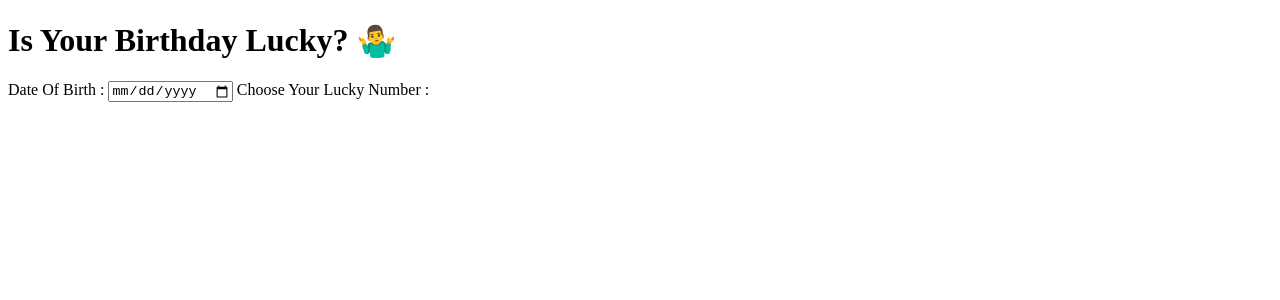
Repository: patelamancode/Lucky-Birthday-App
Page: index.html
These files come from the project's save history. The page is drawn as it stood at one moment and after the next save; the edit follows.
The browser window is 1280 px wide. The pictures show the whole page.

Above is the page before, as saved 2022-11-21 16:34:33.

### index.html
<!DOCTYPE html>
<html lang="en">
<head>
    <meta charset="UTF-8">
    <meta http-equiv="X-UA-Compatible" content="IE=edge">
    <meta name="viewport" content="width=device-width, initial-scale=1.0">
    <title>Is your birthday lucky</title>
</head>
<body>
    <div id="main-container">
        <h1 class="app-title">Is Your Birthday Lucky? 🤷‍♂️</h1>
        <label for="date-of-birth" class="dob">Date Of Birth :</label>
        <input type="date" class="selected-dob">
        <label for="lucky-number" class="favourite-number">Choose Your Lucky Number :</label>
    </div>
</body>
</html>

After the next save:
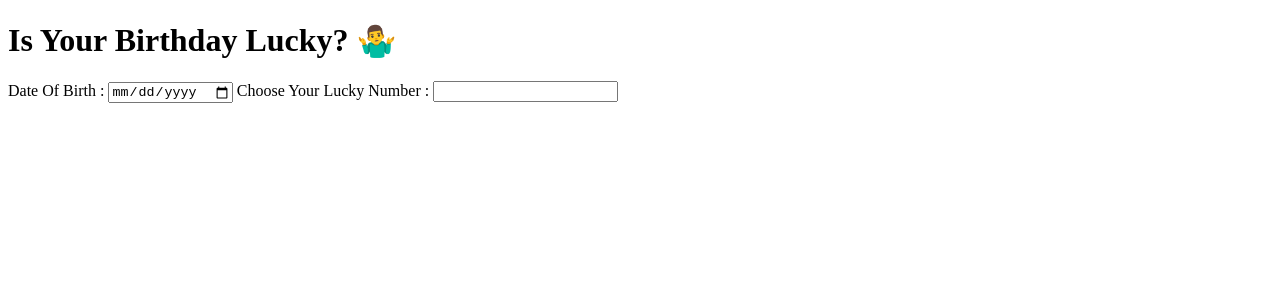
Saved 41 s later.
--- a/index.html
+++ b/index.html
@@ -12,6 +12,7 @@
         <label for="date-of-birth" class="dob">Date Of Birth :</label>
         <input type="date" class="selected-dob">
         <label for="lucky-number" class="favourite-number">Choose Your Lucky Number :</label>
+        <input type="number" class="user-number">
     </div>
 </body>
 </html>
